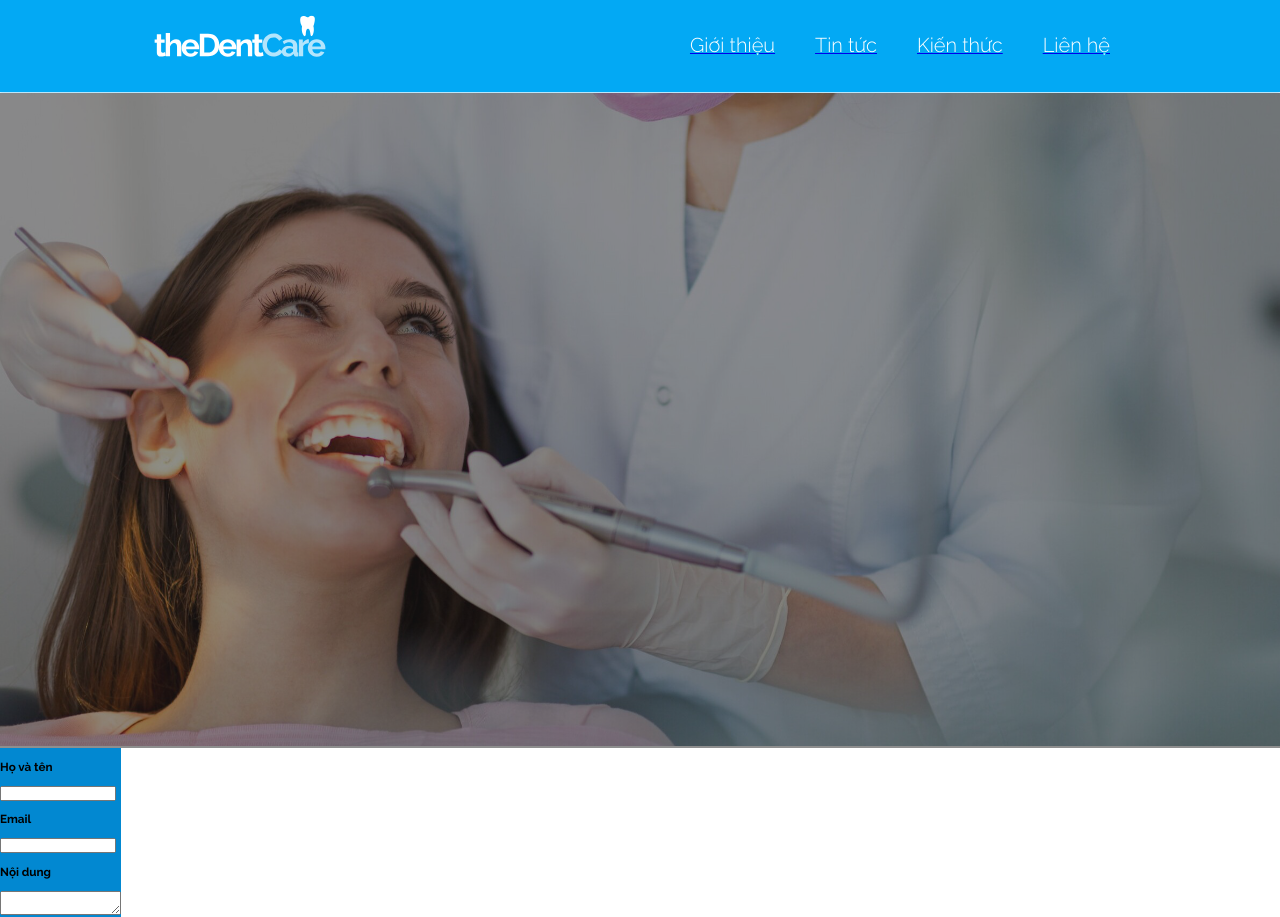
Repository: vantoan19/theDentCare
Page: /contact (app in theDentalCare/the-dental-care/)
An editor plug-in stored every save of this project. The page is shown before and after the next save, followed by the edit.
The browser window is 1280 px wide. The pictures show the whole page.
The project was rebuilt for these pictures with package versions that can differ from the ones it lists, and the page was loaded fresh each time. The framework's server and built-in components were replaced by stand-ins that run in the browser.

Above is the page before, as saved 2022-09-23 13:52:47.

### theDentalCare/the-dental-care/pages/_app.js
import { createGlobalStyle } from "styled-components";

const GlobalStyle = createGlobalStyle`
    html,
    body, input, textarea, button {
        padding: 0;
        margin: 0;
        font-family: Raleway;
        font-size: 10px;
    }
    html,
    body {
      height: 100%;
    }

    * {
        box-sizing: border-box;
    }
`;

function MyApp({ Component, pageProps }) {
  return (
    <>
      <GlobalStyle />
      <Component {...pageProps} />
    </>
  );
}

export default MyApp

### theDentalCare/the-dental-care/pages/_document.js
// pages/_document.js

import { Html, Head, Main, NextScript } from 'next/document'

export default function Document() {
  return (
    <Html>
      <Head>
        <link
          href="https://fonts.googleapis.com/css2?family=Raleway:ital,wght@0,100;0,200;0,300;0,400;0,500;0,600;0,700;0,800;0,900;1,100;1,200;1,300;1,400;1,500;1,600;1,700;1,800;1,900&display=swap"
          rel="stylesheet"
        />
      </Head>
      <body>
        <Main />
        <NextScript />
      </body>
    </Html>
  )
}

### theDentalCare/the-dental-care/pages/contact/index.js
import { Fragment } from "react";
import styled from "styled-components";
import NavBar from "../../components/NavBar/NavBar";
import BackgroundImage from "../../components/BackgroundImage/BackgroundImage";

const ContactFormTextInput = styled.input``;

const ContactFormTextArea = styled.textarea``;

const ContactFormTitle = styled.h3``;

const ContactForm = styled.form`
  background-color: rgba(2, 136, 209, 1);
`;

const ContactInfoTitle = styled.h3``;

const ContactInfoDesc = styled.p``;

const ContactInfoDetails = styled.p``;

const ContactInfoWrapper = styled.div``;

const Flex = styled.div`
  display: flex;
`;

const ContactContainer = styled.div``;

export default function Contact() {
  return (
    <Fragment>
      <NavBar />
      <ContactContainer>
        <BackgroundImage
          src="/contact_image.jpeg"
          alt="contact background image"
          isMasked={true}
        />
        <Flex>
          <ContactInfoWrapper></ContactInfoWrapper>
          <ContactForm>
            <ContactFormTitle>Họ và tên</ContactFormTitle>
            <ContactFormTextInput />
            <ContactFormTitle>Email</ContactFormTitle>
            <ContactFormTextInput />
            <ContactFormTitle>Nội dung</ContactFormTitle>
            <ContactFormTextArea />
          </ContactForm>
        </Flex>
      </ContactContainer>
    </Fragment>
  );
}

### theDentalCare/the-dental-care/components/NavBar/NavBar.jsx
import React from 'react'
import Link from 'next/link'
import styled from 'styled-components'
import Logo from './Logo/Logo'
import NavItem from './NavItem/NavItem'

const LogoContainer = styled.div`
  margin: 0 150px;
`

const NavItemsGroup = styled.div`
  display: flex;
  height: 90px;
  align-items: center;
  margin: 0 150px;
`

const StyledAnchor = styled.a`
  text-decoration: none;
`

const NavContainer = styled.nav`
  background-color: #03A9F4;
  display: flex;
  flex-direction: row;
  justify-content: space-between;
  box-shadow: 0px 2px 4px 1px #B3E5FC;
  margin-bottom: 1px;
`

const NavBar = () => {
  return (
    <NavContainer>
      <LogoContainer>
        <Link href='/'>
          <StyledAnchor>
            <Logo/>
          </StyledAnchor>
        </Link>
      </LogoContainer>
      <NavItemsGroup>
        <Link href='/about'>
          <StyledAnchor>
            <NavItem>Giới thiệu</NavItem>
          </StyledAnchor>
        </Link>
        <Link href='/news'>
          <StyledAnchor>
            <NavItem>Tin tức</NavItem>
          </StyledAnchor>
        </Link>
        <Link href='/knowledge'>
          <StyledAnchor>
            <NavItem>Kiến thức</NavItem>
          </StyledAnchor>
        </Link>
        <Link href='/contact'>
          <StyledAnchor>
            <NavItem>Liên hệ</NavItem>
          </StyledAnchor>
        </Link>
      </NavItemsGroup>
    </NavContainer>
  )
}

export default NavBar

### theDentalCare/the-dental-care/components/BackgroundImage/BackgroundImage.jsx
import React from "react";
import styled from "styled-components";

const StyledImage = styled.img`
  width: 100%;
  height: 100%;
`;

const GreyMask = styled.div`
  background-color: rgba(30, 30, 30, 0.5);
  width: 100%;
  height: 100%;
  z-index: 2;
  position: absolute;
  top: 0;
  left: 0;
`;

const BackgroundContainer = styled.div`
  width: 100%;
  height: 100%;
  position: relative;
`;

const BackgroundImage = (props) => {
  return (
    <BackgroundContainer>
      <StyledImage src={props.src} alt={props.alt} />
      {props.isMasked && <GreyMask />}
    </BackgroundContainer>
  );
};

export default BackgroundImage;

### theDentalCare/the-dental-care/components/NavBar/Logo/Logo.jsx
import React from 'react'
import styled from 'styled-components'


const StyledLogo = styled.img`
  width: 180px;
  cursor: pointer;
`

const Logo = () => {
  return (
    <StyledLogo src='/theDentCare.svg'/>
  )
}

export default Logo

### theDentalCare/the-dental-care/components/NavBar/NavItem/NavItem.jsx
import React from 'react'
import styled from 'styled-components'

const StyledSpan = styled.span`
    cursor: pointer;
    margin: 0px 20px;
    font-size: 2rem;
    font-weight: 300;
    color: #fff;
`

const NavItem = (props) => {
    return (
      <StyledSpan>{props.children}</StyledSpan>
    )
}

export default NavItem

After the next save:
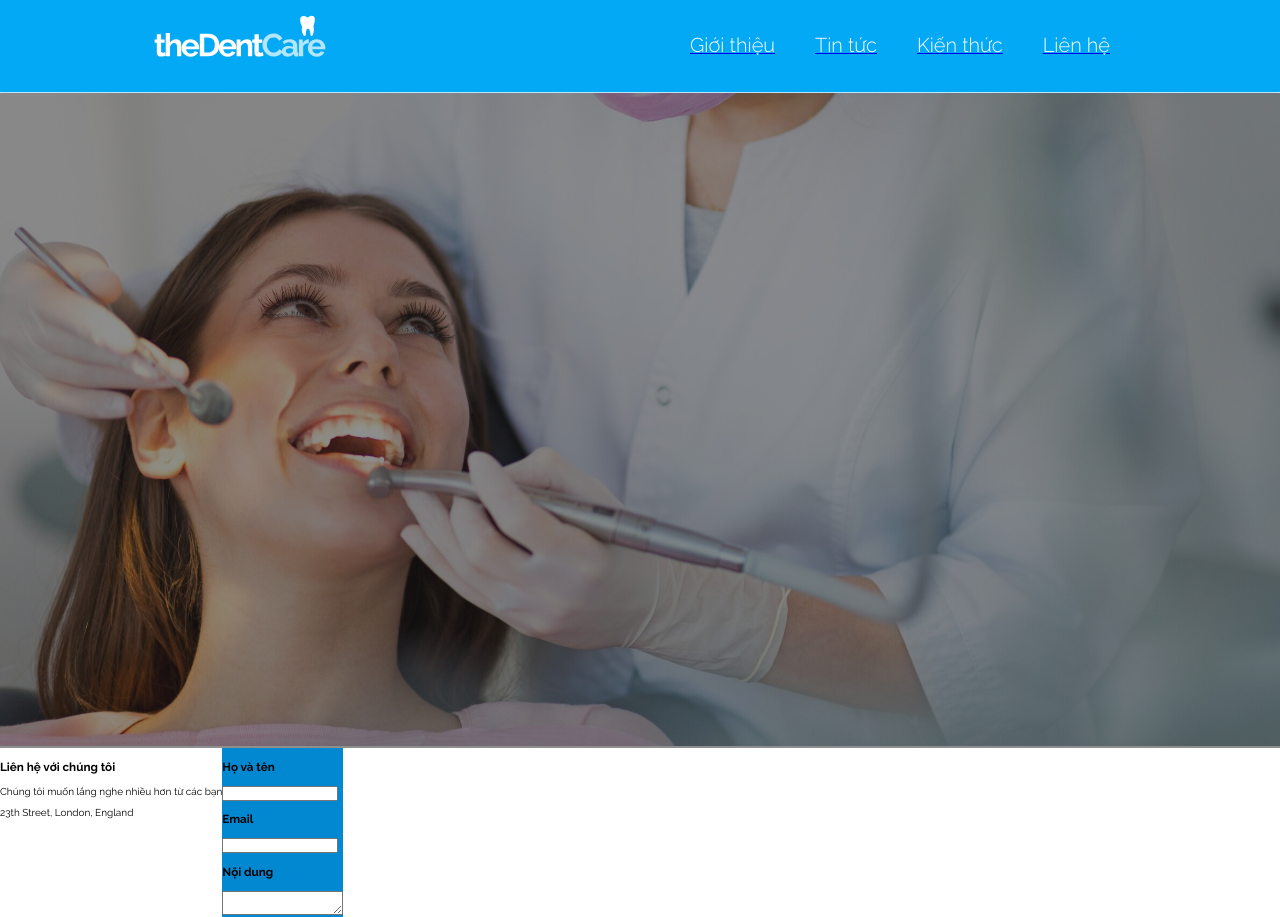
Saved 101 s later.
--- a/theDentalCare/the-dental-care/pages/contact/index.js
+++ b/theDentalCare/the-dental-care/pages/contact/index.js
@@ -38,7 +38,15 @@ export default function Contact() {
           isMasked={true}
         />
         <Flex>
-          <ContactInfoWrapper></ContactInfoWrapper>
+          <ContactInfoWrapper>
+            <ContactInfoTitle>Liên hệ với chúng tôi</ContactInfoTitle>
+            <ContactInfoDesc>
+              Chúng tôi muốn lắng nghe nhiều hơn từ các bạn
+            </ContactInfoDesc>
+            <ContactInfoDetails>
+              23th Street, London, England
+            </ContactInfoDetails>
+          </ContactInfoWrapper>
           <ContactForm>
             <ContactFormTitle>Họ và tên</ContactFormTitle>
             <ContactFormTextInput />
